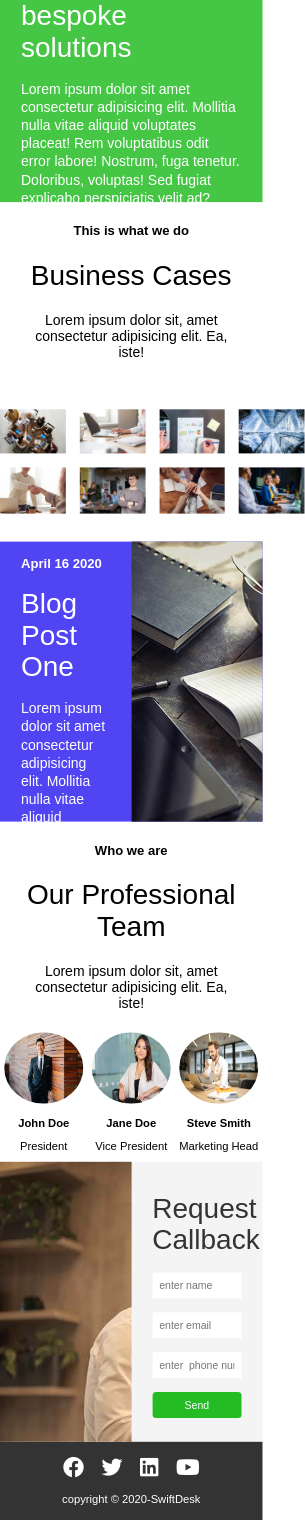
Repository: reemoon-ctrl/swiftdisk-Website-Flexbox
Page: index.html
These files come from the project's save history. The page is drawn as it stood at one moment and after a run of saves; the edit follows.
The browser window is 375 px wide. The page is 435 px wide, so the pictures cover 435 px, including what lies to the right of the window. The pictures show the part of the page from y = 1744 to 3984 px (the page is 3916 px tall before and 3984 px after), at 70% of full size.
Some web fonts or font styles are not loaded; a fallback is used.

Above is the page before, as saved 2024-07-28 10:09:02.

### index.html
<!DOCTYPE html>
<html lang="en">
<head>
    <meta charset="UTF-8">
    <meta name="viewport" content="width=device-width, initial-scale=1.0">
    <title>
        Swift Desk
    </title>
    <link rel="stylesheet" href="https://cdnjs.cloudflare.com/ajax/libs/pretendard-gov/1.3.9/variable/pretendardvariable-gov.css" integrity="sha512-8+hQBaMPOtCpDlrIo2m0mrtjxkbHDG7Qn6+ftvl8QmG21EGNQTP8Qi76h2VgHyol77soXLVZuuZDX953JC10hw==" crossorigin="anonymous" referrerpolicy="no-referrer" />
    <link rel="stylesheet" href="https://cdnjs.cloudflare.com/ajax/libs/font-awesome/6.0.0-beta3/css/all.min.css">

    <link rel="stylesheet" href="index.css">
    <link rel="stylesheet" href="media.css">
</head>
<body>
    <div class="show-case">
        <header>
            <div class="nav-bar">
                <div class="title-bar">
                    <i class="fas fa-desktop fa-2x" style="color: rgb(37, 187, 37)"></i>
                    <h1 class="title"><span class="fword"> Swift</span>Desk</h1>
                </div>
                <div class="link-bar">
                    <a href="index.html">Home</a>
                    <a href="#about">About</a>
                    <a href="#cases">Cases</a>
                    <a href="#blog">Blog</a>
                    <a href="#contact">Contact</a>
                </div>
            </div>
        </header>
        <header class="hd-content">
            <h1>The Sky Is The Limit</h1>
            <p>We provide world class financial assistance
            </p>
            <a href=""><i class="fas fa-chevron-right "></i> Read More</a>

        </header>

    </div>
    <main>
        <div class="about-section">
            <ul id="about"class="about-srvice" >
                <li><i class="fas fa-university " ></i>
                    <h3>Portfolio Manager</h3>
                    <p>Lorem ipsum dolor sit, amet consectetur
                         adipisicing elit. Voluptate, voluptas!</p>
                </li>
                <li><i class="fas fa-book-open-reader " ></i>
                    <h3>Portfolio Manager</h3>
                    <p>Lorem ipsum dolor sit, amet consectetur
                         adipisicing elit. Voluptate, voluptas!</p></li>
                <li><i class="fas fa-pen-fancy " ></i>
                    <h3>Tax&Custodial</h3>
                    <p>Lorem ipsum dolor sit, amet consectetur
                         adipisicing elit. Voluptate, voluptas!</p></li>
            </ul>
        </div>
        <div>
            <div class="solutions">
                <div class="img"></div>
                <div class="solution-content">
                    <h3>What you are looking for</h3>
                    <h2>We provide bespoke solutions</h2>
                    <p>Lorem ipsum dolor sit amet consectetur
                        adipisicing elit. Mollitia nulla vitae aliquid voluptates placeat! Rem voluptatibus odit error labore! Nostrum, fuga tenetur. Doloribus, voluptas! Sed
                        fugiat explicabo perspiciatis velit ad?</p>
                    <a href="index.html">Read More</a>
                 </div>
            </div>
        </div>
        <div class="Business-case" id="cases">
            <div class="Business-case-content">
                <h3>This is what we do</h3>
                <h2>Business Cases</h2>
                <p>Lorem ipsum dolor sit, amet consectetur
                     adipisicing elit. Ea, iste!</p>
            </div>
            <div class="BC-image">
                <img class="BCimg BCimg1" src="/img/cases/cases1.jpg" alt="">
                <img  class="BCimg BCimg2" src="/img/cases/cases2.jpg" alt="">
                <img class="BCimg BCimg3" src="/img/cases/cases3.jpg" alt="">
                <img class="BCimg BCimg4" src="/img/cases/cases4.jpg" alt="">
                <img class="BCimg BCimg5" src="/img/cases/cases5.jpg" alt="">
                <img class="BCimg BCimg6" src="/img/cases/cases6.jpg" alt="">
                <img class="BCimg BCimg7" src="/img/cases/cases7.jpg" alt="">
                <img class="BCimg BCimg8" src="/img/cases/cases8.jpg" alt="">
            </div>
        </div>

        <div>
            <div class="blog" id="blog">
                <div class="img"></div>
                <div class="blog-content">
                    <h3>April 16 2020</h3>
                    <h2>Blog Post One</h2>
                    <p>Lorem ipsum dolor sit amet consectetur
                        adipisicing elit. Mollitia nulla vitae aliquid voluptates placeat! Rem voluptatibus odit error labore! Nostrum, fuga tenetur. Doloribus, voluptas! Sed
                        fugiat explicabo perspiciatis velit ad?</p>
                    <a href="blog.html">Read Our Blog</a>
                 </div>
            </div>
        </div>
        <div class="Business-case">
            <div class="Business-case-content">
                <h3>Who we are</h3>
                <h2>Our Professional Team</h2>
                <p>Lorem ipsum dolor sit, amet consectetur
                     adipisicing elit. Ea, iste!</p>
            </div>
            <div class="our-team">
                <ul class="team-image">
                    <li><img  class="tmimg tm-img1" src="/img/team/person1.jpg" alt=""><h4>John Doe</h4><p>President</p></li>
                    <li><img  class="tmimg tm-img2" src="/img/team/person2.jpg" alt=""><h4>Jane Doe</h4><p>Vice President</p></li>
                    <li><img class="tmimg tm-img3" src="/img/team/person3.jpg" alt=""><h4>Steve Smith</h4><p>Marketing Head</p></li>
                </ul>
            </div>
        </div>
        <div>
            <div class="request" id="contact">
                <div class="img"></div>
                <div class="form-content">
                    <h2>Request Callback</h2>
                    <form class="requwst-form"action="">
                        <input type="text" name="name" id="name" placeholder="enter name">
                        <input type="email" name="Email" id="Email" placeholder="enter email">
                        <input type="tel" name="phone" id="phone" placeholder="enter  phone number">
                        <input type="submit" value="Send" id="submit">
                    </form>


                 </div>

            </div>
        </div>

    </main>
    <footer>
        <ul class="footer-icon">
            <li><a href=""><i class="fa-brands fa-facebook"></i></a></li>
            <li><a href=""><i class="fa-brands fa-twitter"></i></a></li>
            <li><a href=""><i class="fa-brands fa-linkedin"></i></a></li>
            <li><a href=""><i class="fa-brands fa-youtube"></i></a></li>
        </ul>
        <p>copyright &copy; 2020-SwiftDesk</p>
    </footer>



</body>
</html>

### index.css
@import url('https://fonts.googleapis.com/css2?family=Open+Sans:ital,wght@0,300..800;1,300..800&family=Poppins:ital,wght@0,100;0,200;0,300;0,400;0,500;0,600;0,700;0,800;0,900;1,100;1,200;1,300;1,400;1,500;1,600;1,700;1,800;1,900&display=swap');


*{
    box-sizing: border-box;
    margin: 0;
    padding: 0;
}

body{
    font-family: 'Open Sans ', sans-serif;
}
h1,h2{
    font-weight: 300;
}
.nav-bar{
    display: flex;
    justify-content:space-between ;
    padding: 20px 20px;
    color:#fff;
    background-color: #333333cd;
    position: fixed;
    top: 0px;
    height:70px;
    width:100vw;
}
.title-bar{
    align-items: center;
    flex-grow: 1;
    display: flex;
    gap:.5rem;


}
.title-bar h1{
    display:inline-block;
    font-size:2.5rem;
    font-weight: 400;
}

.link-bar{

    /* flex-grow:1 ; */
    align-self: center;
    display: flex;
}
.link-bar a{
    padding: 23.5px 20px;
    color:#fff;
    text-decoration: none;


}
.link-bar a:hover{
    border-bottom: 2px #25bb25 solid;
}
.fword{
    color:#25bb25;
}
.show-case{
   height:100vh;
   text-align: center;
   color:#fff;
   position: relative;
   background:  url('img/home/showcase.jpg') no-repeat center center/cover;
}
.show-case *{
    z-index: 10;
}
.show-case::before{
    content:'';
    position: absolute;
    background: hsla(0%, 0%, 0%, 0.5);
    left: 0;
    top:0;
    width: 100%;
    height:100%;
}
.hd-content{
    padding-top: 18rem;
}
.hd-content h1{
    font-size: 3rem;
}
.hd-content p{
    font-size: 1.5rem;
    padding-top: .8rem;
    padding-bottom: .8rem;
}
.hd-content a{
    color: #fff;
    background:#45c745 ;
    padding: 10px 30px;
    border-radius: 5px;
    text-decoration: none;
    text-align: center;
    display: inline-block;
}
.about-section ul{
    display: flex;
    list-style: none;
    gap: 20px;

}
.about-srvice{
    padding: 50px ;
}
.about-srvice li{
    text-align: center;
}
.about-srvice li i{
    background-color: rgb(69, 199, 69);
    color:#fff;
    width:70px;
    height: 70px;
    border-radius: 70px;
    font-size: 40px;
    padding-top:15px ;


}
.about-srvice li h3{
    padding-top: 20px;
}
.about-srvice li p{
    padding-top: 20px;
    padding-bottom: 30px;
    font-size: 20px;
    color: dimgrey;
}

.solutions{
    display:flex;
    background: #45c745;

}
.solutions .img{
    width:50%;
    background: url('/img/home/people.jpg') center center/cover no-repeat;

}
.solution-content{
    color:#fff;
    padding:20px 30px;
    height:25rem;
    width: 50%;
}
.solution-content h2{
    font-size: 40px;
    font-weight: 500;
    padding: 1.5rem 0px;
}
.solution-content p{
    font-size: 20px;
    line-height: 1.3;
    margin-bottom: 20px;
}
.solution-content a{
    padding: 10px 40px;
    border: 1px solid;
    color:#fff;
    text-decoration: none;
    border-radius: 5px;
    font-size: 18px;

}
.Business-case{
    width: 100vw;
}
.Business-case-content{
    text-align: center;
    padding-left: 30px;
    padding-right: 30px;
}
.Business-case-content h3{
    padding: 30px 0px;
}
.Business-case-content h2{
   padding-bottom: 30px;
    font-size: 40px;
    font-weight: 500;
}
.Business-case-content p{
    padding-bottom: 30px;
    font-size: 20px;
}
.BC-image{
    display: grid;
    grid-template-columns:25% 25% 25% 25%;
   gap: 20px;
   padding: 40px 0px;
}
.BCimg{
    width: 100%;
    height:100%;
    object-fit: cover;


}
.BCimg:hover{
    opacity: 0.7;
}
/* //////////////////////////////////// */
.blog{
    display:flex;
    background: #5145f3;
    flex-direction: row-reverse;

}
.img{
    width:50%;
    background: url('/img/home/blog.jpg') center center/cover no-repeat;

}
.blog-content{
    color:#fff;
    padding:20px 30px;
}
.blog-content{
    height:25rem;
    width: 50%;
}
.blog-content h2{
    font-size: 40px;
    font-weight: 500;
    padding: 1.5rem 0px;
}
.blog-content p{
    font-size: 20px;
    line-height: 1.3;
    margin-bottom: 20px;
}
.blog-content a{
    padding: 10px 40px;
    border: 1px solid;
    color:#fff;
    text-decoration: none;
    border-radius: 5px;
    font-size: 18px;

}
.our-team{
    padding-bottom: 40px;
}
.team-image{
    display: flex;
    justify-content: space-around;
    width: 100vw;
    list-style: none;
    text-align: center;

}
.team-image li h4{
    padding: 15px;
}
.tmimg{
    width: 90%;
    height:70%;
    border-radius: 70%;

}
.request{
    display: flex;
    background-color: #f4f4f4;
}
.request .img{
    background: url(/img/home/contact.jpg);
}
.form-content{
    color:#333;
    padding:20px 30px;
    height:25rem;
    width: 50%;
}
.form-content h2{
    color:#333;
    font-size: 40px;
    font-weight: 500;
    padding: 1.5rem 0px;
    font-weight:lighter;
}
.requwst-form{
    display: flex;
    flex-direction: column;
    gap :20px;

}
.requwst-form input{
border: #ddd;
color: #333;
font-size: 15px;
padding: 10px;
}
.requwst-form input:focus{
    outline-color:#25bb25 ;
}
.requwst-form input[type=submit]{
    background: #25bb25;
    color:#fff;
    cursor: pointer;
    border-radius: 5px;


}
.requwst-form input[type=submit]:hover{
    background-color: #6de66d;

}
footer{
    background: #333;
    padding: 20px ;
}
.footer-icon{
    display: flex;
    align-items: center;
    justify-content: center;
    gap:25px;
}
.footer-icon li{
    list-style: none;
}
.footer-icon li a{
    color: #fff;
    font-size: 30px;
}
.footer-icon li a:hover{
    color: #45c745;
}

footer p{
    text-align: center;
    color: #fff;
    padding-top: 20px;

}
/* //////////blog page//////////////// */
#blog-case{
    height:fit-content;
    text-align: center;
    color:#fff;
    background:  url('img/home/blog.jpg') no-repeat center center/cover ;
 }
.blog-h1{
    font-size: 70px;
    font-weight: 400;
    padding-bottom: 50px;

 }
 .blog-light{
    display:flex;
    background: #fff;
    flex-direction: row-reverse;

}
.img-light{
    width:50%;
    background: url('/img/blog/blog1.jpg') center center/cover no-repeat;

}
.blog-content-light{
    color:#333;
    padding:20px 30px;
    height:25rem;
    width: 50%;
}
.blog-content-light h2{
    font-size: 40px;
    font-weight: 500;
    padding: .4rem 0px;
}
.blog-content-light h3{
    padding-bottom: 1.7rem;
}
.blog-content-light p{
    font-size: 20px;
    line-height: 1.3;
    margin-bottom: 20px;
}
.blog-content-light a{
    padding: 10px 30px;
    border: 1px solid;
    color:#fff;
    background-color: #333;
    text-decoration: none;
    border-radius: 5px;
    font-size: 18px;

}
.blog-dark{
    display:flex;
    background: #333;
    flex-direction: row-reverse;

}
.img-dark{
    width:50%;
    background: url('/img/blog/blog2.jpg') center center/cover no-repeat;

}
.blog-content-dark{
    color:#fff;
    padding:20px 30px;
    height:25rem;
    width: 50%;
}
.blog-content-dark h2{
    font-size: 40px;
    font-weight: 500;
    padding: .4rem 0px;
}
.blog-content-dark h3{
    padding-bottom: 1.7rem;
    font-weight:normal;
}
.blog-content-dark p{
    font-size: 20px;
    line-height: 1.3;
    margin-bottom: 20px;
}
.blog-content-dark a{
    padding: 10px 30px;
    border: 1px solid;
    color:#333;
    background-color: #fff;
    text-decoration: none;
    border-radius: 5px;
    font-size: 18px;

}
.last-blog .img-light{
    width:50%;
    background: url('/img/blog/blog3.jpg') center center/cover no-repeat;

}
.author{
    font-weight: 700;
}

### media.css
@media screen and (max-width:500px){
    .nav-bar{
        flex-direction: column;
        height:140px;
        justify-content: center;
        align-items: center;

    }
    .hd-content{
        padding-top: 15rem;
    }
    .hd-content h1{
        font-size: 1.5rem;
    }
    .hd-content p{
        font-size: .7rem;
        padding-top: .8rem;
        padding-bottom: .8rem;
    }
    .about-section ul{
        flex-direction: column;
    }
    .solutions{
        flex-direction: column;
    }
    .solutions .img{
        width:100%;}
    .solution-content{
        width:100%;
        height: ;
    }

}

After the next 2 saves:
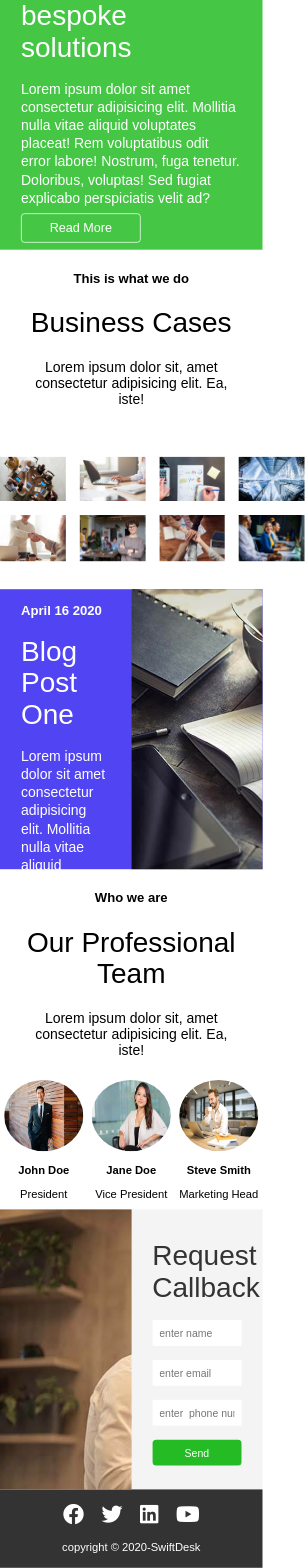
The 2 saves are shown as one change because they came seconds apart.
The last was saved 5 s later.
--- a/media.css
+++ b/media.css
@@ -27,7 +27,7 @@
         width:100%;}
     .solution-content{
         width:100%;
-        height: ;
+        height: 100%;
     }
 
 }
